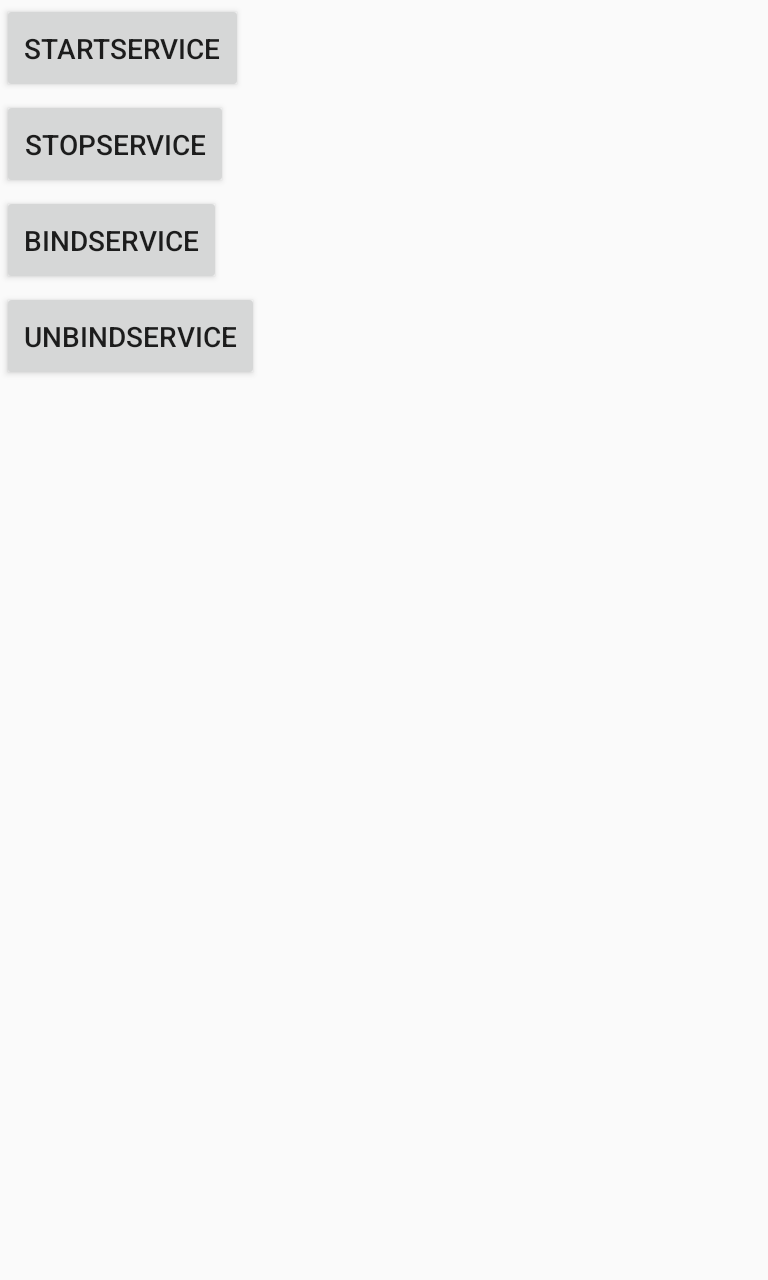
Repository: chenchangqing/learnandroid
Layout: example03/res/layout/activity_main.xml
The author's editor kept a copy of each file at every save. The layout is drawn from the files as they stood at one save, then again after the next save.
It is drawn on a 768 x 1280 px phone screen (xhdpi) without system bars, with theme AppTheme; the app's code is not run.

Above is the layout before, as saved 2015-08-16 15:11:10.

After the next save:
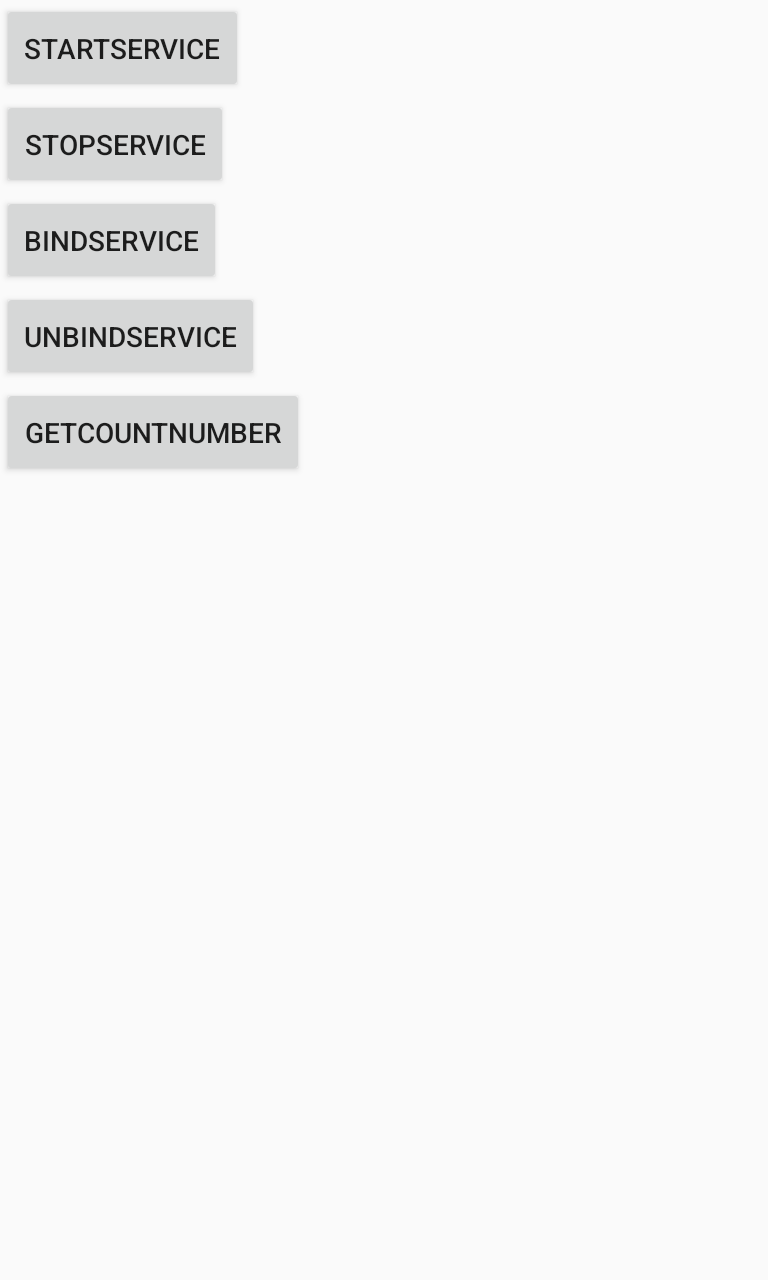
Saved 44 s later.
--- a/example03/res/layout/activity_main.xml
+++ b/example03/res/layout/activity_main.xml
@@ -33,4 +33,11 @@
         android:layout_height="wrap_content"
         android:text="unbindService" />
 
+    <Button
+        android:id="@+id/getCountNumber"
+        style="?android:attr/buttonStyleSmall"
+        android:layout_width="wrap_content"
+        android:layout_height="wrap_content"
+        android:text="getCountNumber" />
+
 </LinearLayout>
